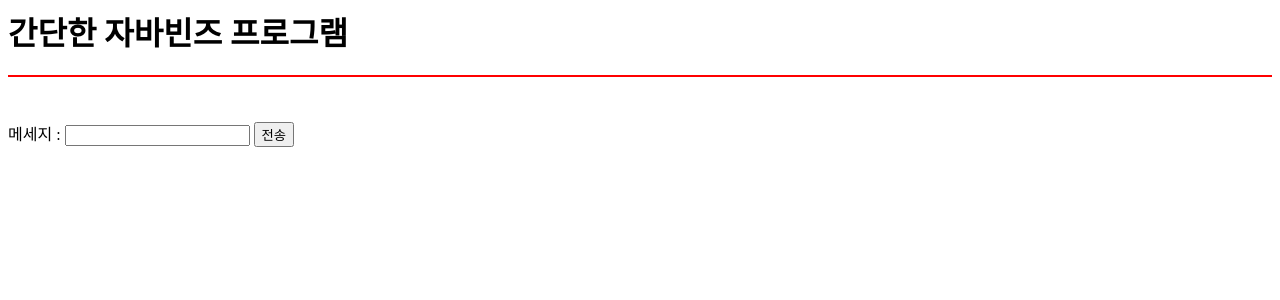
Repository: jinhanP/JSPtest
Page: http://localhost/jsptest/sample/simpleForm.jsp
An editor plug-in stored every save of this project. The page is shown before and after the next save, followed by the edit.
The browser window is 1280 px wide. The pictures show the whole page.
The page is served by Tomcat 10. Other server files are loaded and not shown.

Above is the page before, as saved 2023-12-01 05:19:41.

### jsptest/src/main/webapp/sample/simpleForm.jsp
<%@ page language="java" contentType="text/html; charset=UTF-8"
    pageEncoding="UTF-8"%>
<h1>간단한 자바빈즈 프로그램</h1>
<hr color="red"></hr><br></br>
<form method="post" action="simpleBean.jsp">
메세지 : <input type="text" name="message">
<input type="submit" value="전송">
</form>

After the next save:
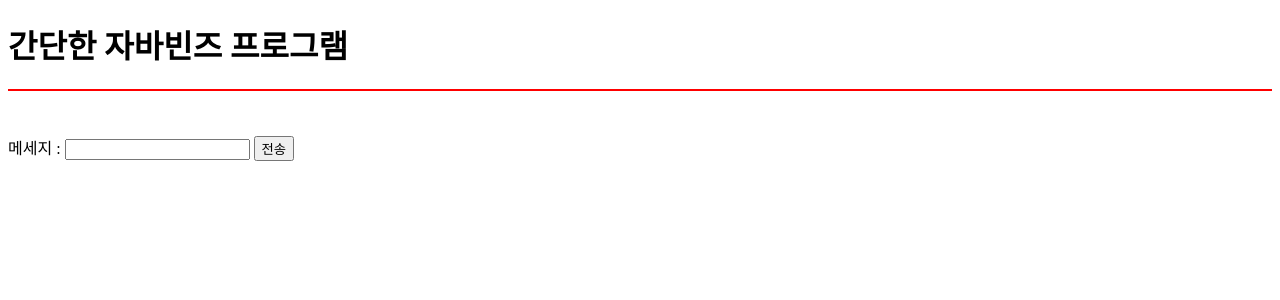
Saved 4 s later.
--- a/jsptest/src/main/webapp/sample/simpleForm.jsp
+++ b/jsptest/src/main/webapp/sample/simpleForm.jsp
@@ -1,8 +1,18 @@
 <%@ page language="java" contentType="text/html; charset=UTF-8"
     pageEncoding="UTF-8"%>
-<h1>간단한 자바빈즈 프로그램</h1>
+<!DOCTYPE html>
+<html>
+<head>
+<meta charset="UTF-8">
+<title>Insert title here</title>
+</head>
+<body>
+	<h1>간단한 자바빈즈 프로그램</h1>
 <hr color="red"></hr><br></br>
 <form method="post" action="simpleBean.jsp">
 메세지 : <input type="text" name="message">
 <input type="submit" value="전송">
 </form>
+
+</body>
+</html>
